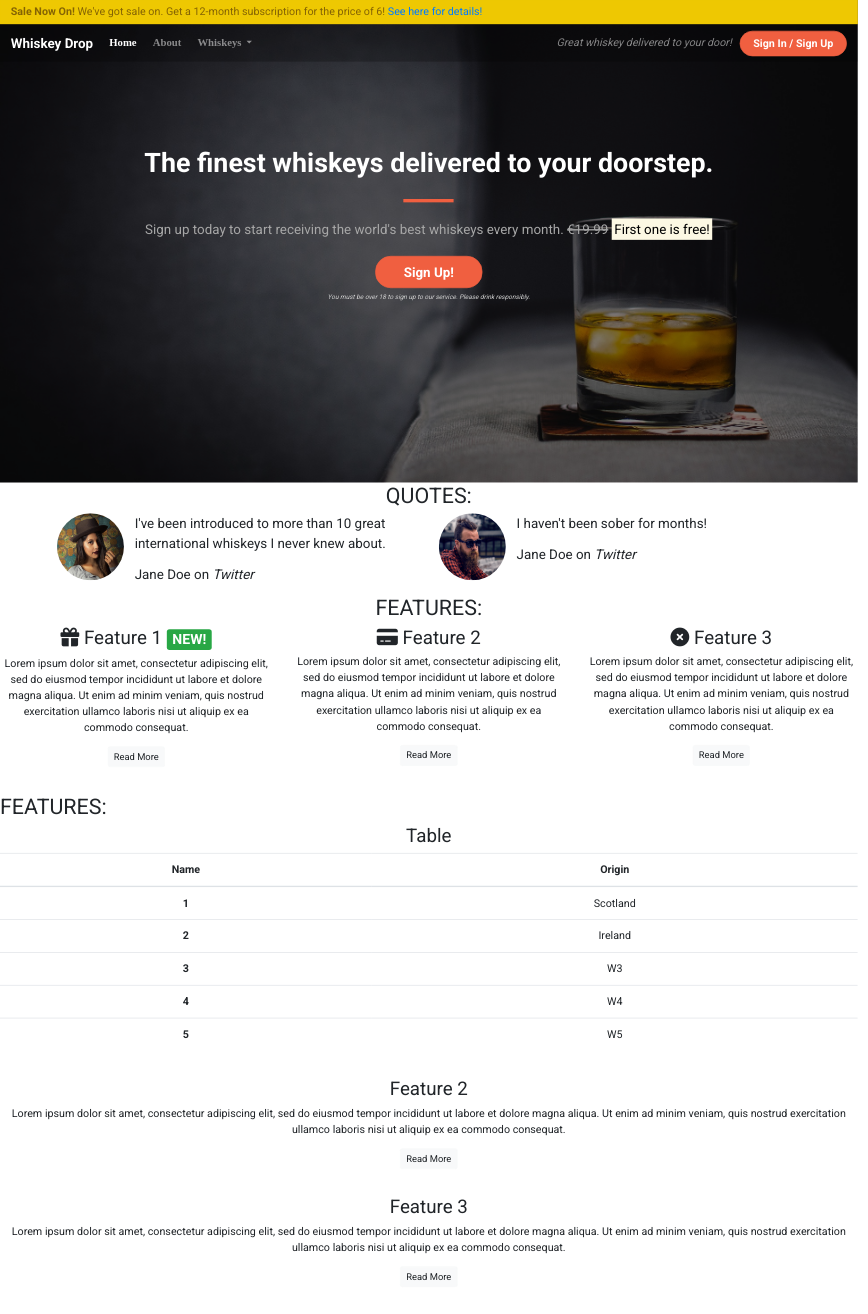
Repository: Coder731/blank_for_aws
Page: index2.html
The author's editor kept a record of every edit. The page is drawn from the files as they stood at one moment, then again after the next edit.
The browser window is 1280 px wide. The page is 1295 px wide, so the pictures cover 1295 px, including what lies to the right of the window. The pictures show the whole page, at 67% of full size.
Backgrounds fixed to the window are drawn as part of the page. Some web libraries are served in a nearby version.

Above is the page before.

### index2.html
<!DOCTYPE html>
<html lang="en-us">

<head>
    <meta charset="utf-8">
    <meta name="viewport" content="width=device-width, initial-scale=1.0">
    <title>Whiskey Drop | Taste a new whiskey every month</title>
    <link rel="stylesheet" href="https://maxcdn.bootstrapcdn.com/bootstrap/4.1.3/css/bootstrap.min.css">
    <script src="https://kit.fontawesome.com/fb088b4228.js" crossorigin="anonymous"></script>
    <link href="https://fonts.googleapis.com/css?family=Roboto:400,700" rel="stylesheet">
    <link rel="preconnect" href="https://fonts.googleapis.com">
    <link rel="preconnect" href="https://fonts.gstatic.com" crossorigin>
    <link href="https://fonts.googleapis.com/css2?family=Roboto:wght@400;700&display=swap" rel="stylesheet">
    <link rel="stylesheet" href="css/style.css" type="text/css" />
</head>


<body>
    <div class="container-fluid navalert-container">
        <div class="container-fluid alert-container">
            <div class="row d-none d-sm-block">
                <div class="col-12">
                    <div class="site-wide-alert alert alert-warning">
                        <strong>Sale Now On!</strong> We've got sale on. Get a 12-month subscription for the price of 6! <a href="">See here for details!</a>
                    </div>
                </div>
            </div>
        </div>
        <nav class="navbar navbar-dark navbar-expand-sm">
            <a href="/" class="navbar-brand">Whiskey Drop</a>

            <button class="navbar-toggler ml-auto" type="button" data-toggle="collapse" data-target="#navbarNavDropdown" aria-controls="navbarNavDropdown" aria-expanded="false" aria-label="Toggle navigation">
            <span class="navbar-toggler-icon"></span></button>

            <div style="font-family: 'Font Name', serif;" class="collapse navbar-collapse" id="navbarNavDropdown">
                <ul class="navbar-nav mr-auto">
                    <li class="active nav-item mr-2"><a class="nav-link" href="/">Home</a></li>
                    <li class="nav-item mr-2"><a class="nav-link" href="/about">About</a></li>
                    <li class="nav-item dropdown">
                        <a class="nav-link dropdown-toggle" href="#" id="navbarDropdownMenuLink" role="button" data-toggle="dropdown" aria-haspopup="true" aria-expanded="false">
                            Whiskeys
                        </a>
                        <div class="dropdown-menu" aria-labelledby="navbarDropdownMenuLink">
                            <a class="dropdown-item" href="#">Irish</a>
                            <a class="dropdown-item" href="#">Scotch</a>
                            <a class="dropdown-item" href="#">Japanese</a>
                            <a class="dropdown-item" href="#">American</a>
                        </div>
                    </li>

                    <li class="nav-item mr-2 d-block d-sm-none"><a class="nav-link" href="/login">Sign In / Sign Up</a></li>
                </ul>
            </div>
            <div class="d-none d-md-block">
                <p class="navbar-text my-auto mr-2"><i>Great whiskey delivered to your door!</i></p>
                <a href="/login" class="btn btn--cta btn--red">Sign In / Sign Up</a>
            </div>
        </nav>
    </div>

    <div class="container-fluid callout-container">
        <!-- Callout -->
        <div class="opaque-overlay">&nbsp;</div>
        <div class="row">
            <div class="col-12">
                <section class="callout jumbotron text-center">
                    <h1 class="jumbotron-header">The finest whiskeys delivered to your doorstep.</h1>
                    <hr class="block-divider block-divider--orange">
                    <p class="lead">Sign up today to start receiving the world's best whiskeys every month.
                        <s class="d-none d-sm-inline">€19.99</s>
                        <span class="d-inline d-sm-none"><br></span>
                        <strong><mark>First one is free!</mark></strong></p>
                    <button class="btn btn-lg btn--cta btn--red" data-toggle="modal" data-target="#signUpModal">Sign Up!</button>
                    <p class="text-muted"><small>You must be over 18 to sign up to our service. Please drink responsibly.</small></p>
                </section>
            </div>
        </div>
        <!-- /.callout -->
    </div>

        <!-- Quotes -->
        <div class="container quotes-container">
        <section class="quotes">
            <div class="row">
                <div class="col-12 page-header">
                    <h2 class="text-uppercase">Quotes:</h2>
                </div>
            </div>
            <div class="row">
                <div class="col-12 col-md-6">
                    <div class="media">
                        <div class="d-none d-sm-block">
                        <img src="images/girl-image.png" class="rounded-circle mr-3" height=100 width=100>
                        </div>
                        <div class="media-body">
                            <blockquote class="blockquote">
                                <p>I've been introduced to more than 10 great international whiskeys I never knew about.</p>
                                <footer>Jane Doe on <cite title="Twitter">Twitter</cite></footer>
                            </blockquote>
                        </div>
                    </div>
                </div>
                <div class="col-12 col-md-6">
                    <div class="media">
                        <div class="d-none d-sm-block">
                            <img src="images/guy-image.png" class="rounded-circle mr-3" height=100 width=100>
                        </div>
                        <div class="media-body">
                            <blockquote class="blockquote">
                                <p>I haven't been sober for months!</p>
                                <footer>Jane Doe on <cite title="Twitter">Twitter</cite></footer>
                            </blockquote>
                        </div>
                    </div>
                </div>
        </section>
        <!-- /.quotes -->
        </div>

        <!-- Features -->
        <div class="features-container">
            <section class="features">
                <div class="row">
                    <div class="col-12 page-header">
                        <h2 class="text-uppercase">Features:</h2>
                    </div>
                </div>
                <div class="row">
                    <div class="col-12 col-md-6 col-lg-4">
                        <div class="feature">
                            <h3><i class="fas fa-gift d-none d-sm-inline"></i> Feature 1 <span class="badge badge-success">NEW!</span></h3>
                            <p>Lorem ipsum dolor sit amet, consectetur adipiscing elit, sed do eiusmod tempor incididunt ut labore et dolore magna aliqua. Ut enim ad minim veniam, quis nostrud exercitation ullamco laboris nisi ut aliquip ex ea commodo consequat.</p>
                            <p><a class="btn btn-sm btn-light" href="">Read More</a></p>
                        </div>
                    </div>
                    <div class="col-12 col-md-6 col-lg-4">
                        <div class="feature">
                            <h3><i class="fas fa-credit-card d-none d-sm-inline"></i> Feature 2</h3>
                            <p>Lorem ipsum dolor sit amet, consectetur adipiscing elit, sed do eiusmod tempor incididunt ut labore et dolore magna aliqua. Ut enim ad minim veniam, quis nostrud exercitation ullamco laboris nisi ut aliquip ex ea commodo consequat.</p>
                            <p><a class="btn btn-sm btn-light" href="">Read More</a></p>
                        </div>
                    </div>
                    <div class="col-12 d-md-none d-lg-block col-lg-4">
                        <div class="feature">
                            <h3><i class="fas fa-times-circle d-none d-sm-inline"></i> Feature 3</h3>
                            <p>Lorem ipsum dolor sit amet, consectetur adipiscing elit, sed do eiusmod tempor incididunt ut labore et dolore magna aliqua. Ut enim ad minim veniam, quis nostrud exercitation ullamco laboris nisi ut aliquip ex ea commodo consequat.</p>
                            <p><a class="btn btn-sm btn-light" href="">Read More</a></p>
                        </div>
                    </div>
                </div>
            </section>
        <!-- /.features -->
        </div>

        <!-- Monthly Favorites -->
        <section class="features">
            <h2 class="text-uppercase">Features:</h2>
            <div class="feature">
                <h3>Table</h3>
                <table class="table">
                  <thead>
                    <tr>
                      <th scope="col">Name</th>
                      <th scope="col">Origin</th>
                    </tr>
                  </thead>
                  <tbody>
                    <tr>
                      <th scope="row">1</th>
                      <td>Scotland</td>
                    </tr>
                    <tr>
                      <th scope="row">2</th>
                      <td>Ireland</td>
                    </tr>
                    <tr>
                      <th scope="row">3</th>
                      <td>W3</td>
                    </tr>
                    <tr>
                      <th scope="row">4</th>
                      <td>W4</td>
                    </tr>
                    <tr>
                      <th scope="row">5</th>
                      <td>W5</td>
                    </tr>
                  </tbody>
                </table>
            </div>
            <div class="feature">
                <h3>Feature 2</h3>
                <p>Lorem ipsum dolor sit amet, consectetur adipiscing elit, sed do eiusmod tempor incididunt ut labore et dolore magna aliqua. Ut enim ad minim veniam, quis nostrud exercitation ullamco laboris nisi ut aliquip ex ea commodo consequat.</p>
                <p><a class="btn btn-sm btn-light" href="">Read More</a></p>
            </div>
            <div class="feature">
                <h3>Feature 3</h3>
                <p>Lorem ipsum dolor sit amet, consectetur adipiscing elit, sed do eiusmod tempor incididunt ut labore et dolore magna aliqua. Ut enim ad minim veniam, quis nostrud exercitation ullamco laboris nisi ut aliquip ex ea commodo consequat.</p>
                <p><a class="btn btn-sm btn-light" href="">Read More</a></p>
            </div>
        </section>
        <!-- /. Monthly Favorites -->


    <div class="modal" tabindex="-1" role="dialog" id="signUpModal">
        <div class="modal-dialog" role="document">
            <div class="modal-content">
                <div class="modal-header">
                    <h5 class="modal-title">Sign Up To Whiskey Drop!</h5>
                    <button type="button" class="close" data-dismiss="modal" aria-label="Close">
          <span aria-hidden="true">&times;</span>
        </button>
                </div>
                <div class="modal-body">
                    <form>
                        <div class="form-group">
                            <label for="exampleInputEmail1">Email address</label>
                            <input type="email" class="form-control" id="exampleInputEmail1" aria-describedby="emailHelp" placeholder="Enter email">
                            <small id="emailHelp" class="form-text text-muted">We'll never share your email with anyone else.</small>
                        </div>
                        <div class="form-group">
                            <label for="password">Password</label>
                            <input type="password" class="form-control" id="password" placeholder="Password">
                        </div>
                        <div class="form-group">
                            <label for="repeatPassword">Repeat Password</label>
                            <input type="password" class="form-control" id="repeatPassword" placeholder="Repeat Password">
                        </div>
                        <button type="submit" class="btn btn-success">Submit</button>
                    </form>
                </div>
            </div>
        </div>
    </div>

    <script src="https://code.jquery.com/jquery-3.3.1.slim.min.js" integrity="sha384-q8i/X+965DzO0rT7abK41JStQIAqVgRVzpbzo5smXKp4YfRvH+8abtTE1Pi6jizo" crossorigin="anonymous"></script>
    <script src="https://cdnjs.cloudflare.com/ajax/libs/popper.js/1.14.3/umd/popper.min.js" integrity="sha384-ZMP7rVo3mIykV+2+9J3UJ46jBk0WLaUAdn689aCwoqbBJiSnjAK/l8WvCWPIPm49" crossorigin="anonymous"></script>
    <script src="https://stackpath.bootstrapcdn.com/bootstrap/4.1.3/js/bootstrap.min.js" integrity="sha384-ChfqqxuZUCnJSK3+MXmPNIyE6ZbWh2IMqE241rYiqJxyMiZ6OW/JmZQ5stwEULTy" crossorigin="anonymous"></script>
</body>

</html>

### css/style.css
body {
    font-family: 'Roboto', sans-serif;
}

.container-wrapper {}

.container-wrapper--red {
    background-color: #f05f40;
    color: white;
}

.alert-container .col-12 {
    padding-left: 0;
    padding-right: 0;
}

.site-wide-alert {
    border-radius: 0;
    margin-bottom: 0;
    padding: 5px 15px;
    background-color: #eec802;
    border-color: #eec802;
}

.callout-container {
    height: 100vh;

    background: url("../images/whiskey-background.jpg") no-repeat bottom right fixed;
    -webkit-background-size: cover;
    -moz-background-size: cover;
    -o-background-size: cover;
    background-size: cover;

    display: flex;
    align-items: center;
    justify-content: center;

    position: relative;

}

.opaque-overlay {
    position: absolute;
    top: 0;
    left: 0;
    height: 100%;
    width: 100%;
    background-color: rgba(0,0,0,0.5);
}

.quotes-container {}

.features-container {}

/* Page headers */

.page-header {
    margin-bottom: 0;
    border-bottom: 0;
    text-align: center;
}

.page-header h2 {
    margin-top: 0;
}

/* Block dividers */

.block-divider {
    width: 75px;
    height: 5px;
    border: 0;
    background-color: #444;
}

.block-divider--orange {
    background-color: #f05f40;
}

.block-divider--white {
    background-color: white;
}

.block-divider--short {
    width: 35px;
}

/* Content containers */

.content-container {
    padding-top: 75px;
    padding-bottom: 75px;
}

/* Navbar */

.navalert-container {
    position: absolute;
    top: 0;
    left: 0;
    padding-left: 0;
    padding-right: 0;
    z-index: 1;
}

.navbar {
    margin-bottom: 0;
    border: 0;
    width: 100%;
    background-color: rgba(0,0,0,0.25);
}

.navbar .navbar-toggler {
    border:  0;
}

.navbar-brand {
    font-weight: bold;
}

.navbar .navbar-nav a {
    font-weight: bold;
}

/*Jumbotron*/

.jumbotron {
    background-color: transparent;
}

.jumbotron-header {
    color: white;
    font-weight:bold;
    margin-bottom: 30px;
}

.jumbotron .lead {
    margin: 25px 0;
    color: #a7a7a7;
}

.jumbotron small {
    font-size: 60%;
    font-style: italic;
    color: #d0d0d0;
}

/* Buttons */

.btn--cta {
    font-weight: bold;
    border-radius: 23px;
    width: 160px;
}

.btn--red {
    color: white;
    background-color: #f05f40;
    border-color: #f05f40;
}

.btn--red:hover,
.btn--red:active,
.btn--red:focus,
.btn--red:active:focus {
    background-color: #df4929;
    border-color: #df4929;
}

.feature {
    text-align: center;
    margin-bottom: 40px;
}

After the next edit:
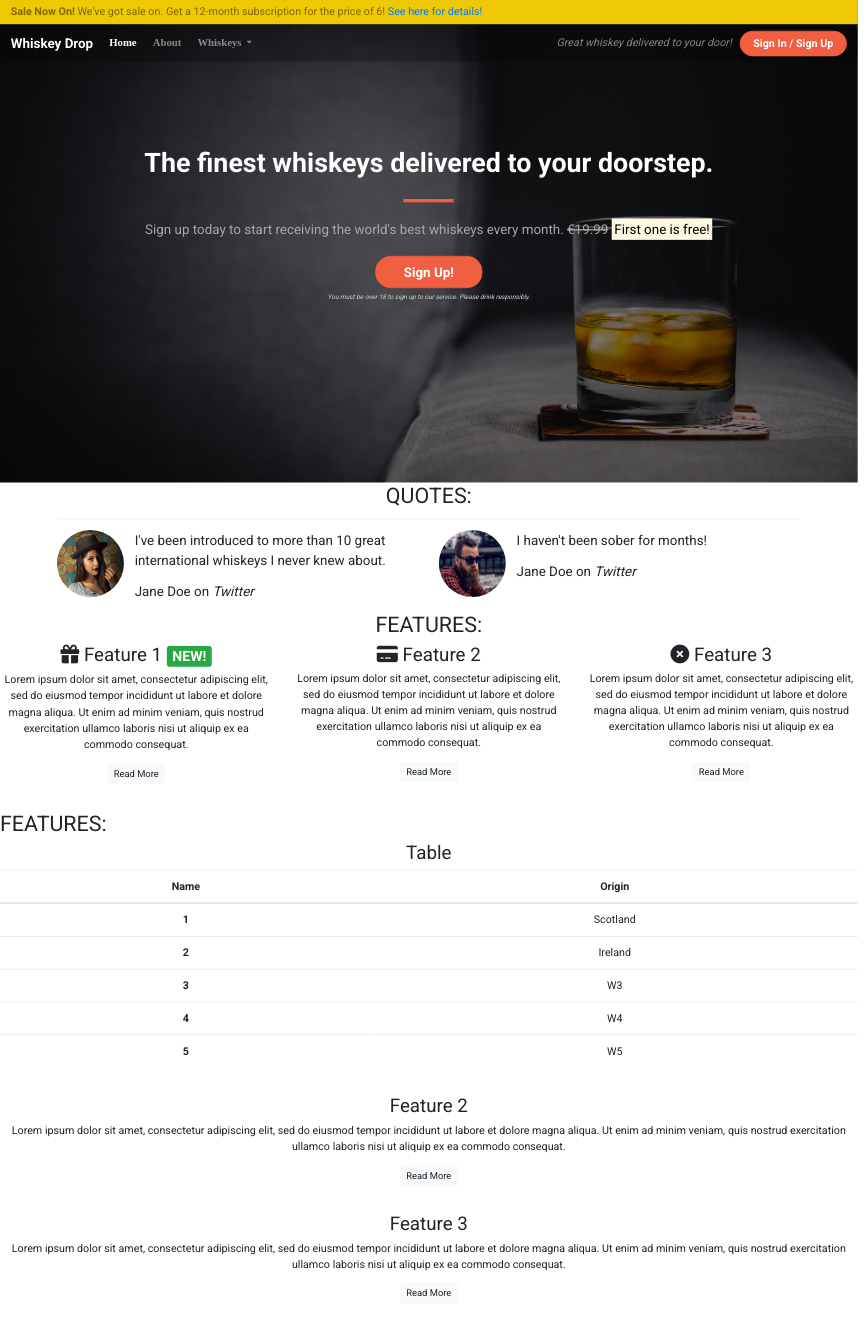
The edit:
--- a/index2.html
+++ b/index2.html
@@ -84,6 +84,7 @@
             <div class="row">
                 <div class="col-12 page-header">
                     <h2 class="text-uppercase">Quotes:</h2>
+                    <hr class"block-divider block-divider--short">
                 </div>
             </div>
             <div class="row">
